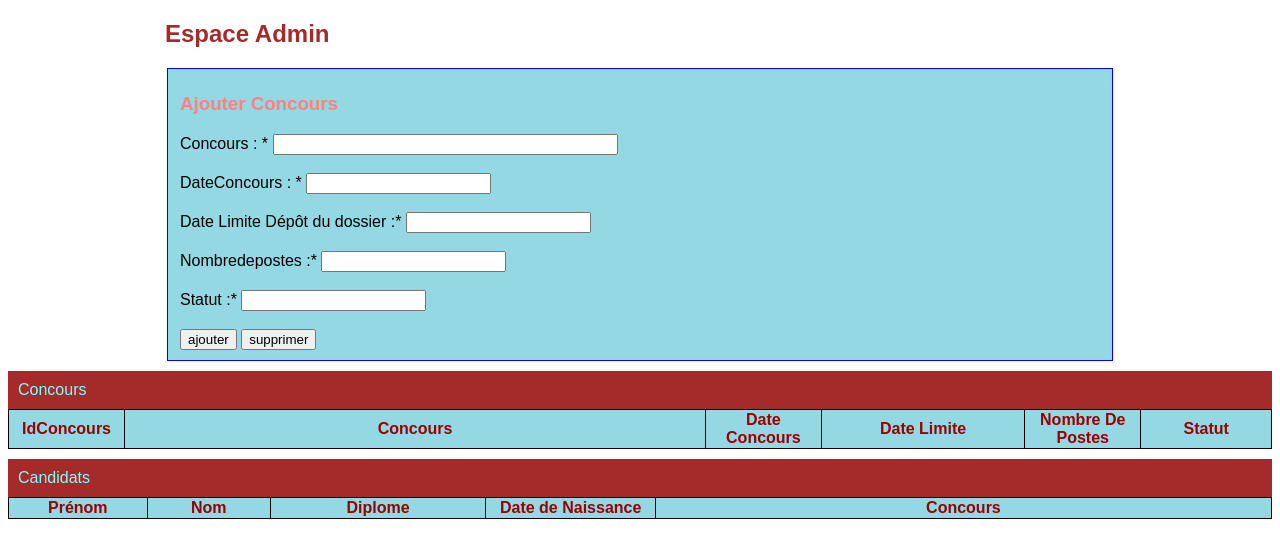
Repository: yahouari/Stage2019
Page: http://localhost/test/Gestion.jsp
The author's editor kept a copy of each file at every save. The page is drawn from the files as they stood at one save, then again after the next save.
The browser window is 1280 px wide. The pictures show the whole page.
The page is served by Tomcat 9. Queries for data that is not in the repository find no rows.

Above is the page before, as saved 2019-07-29 09:18:25.

After the next save:
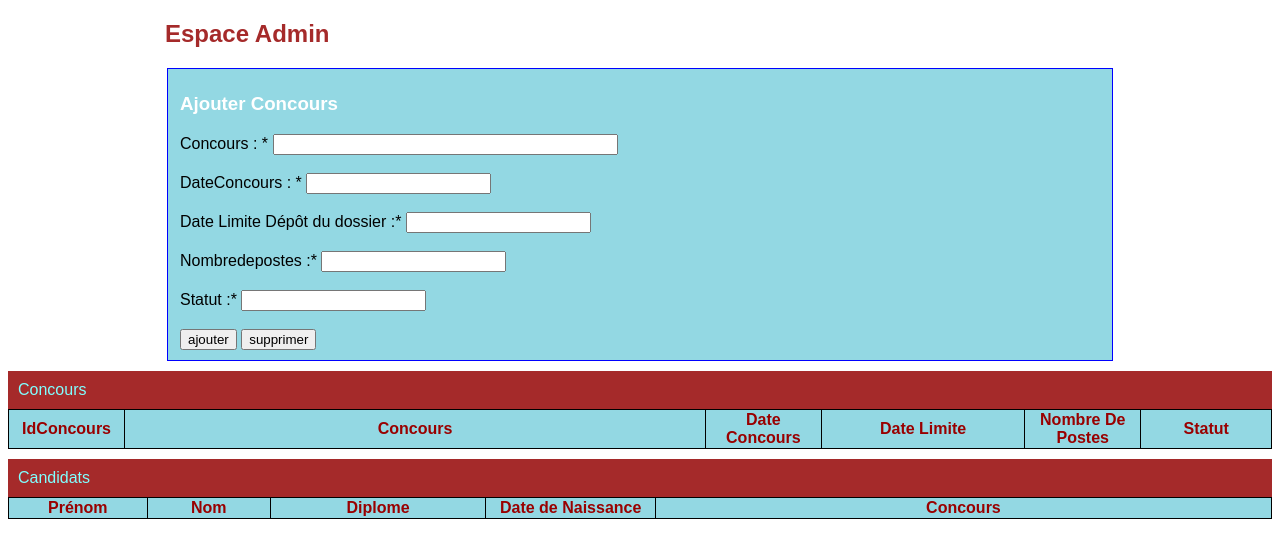
Saved 30 s later.
--- a/test/WebContent/inc/gest.css
+++ b/test/WebContent/inc/gest.css
@@ -45,5 +45,5 @@ td, th /* Mettre une bordure sur les td ET les th */
 }
 h3
 {
-	 color: #ff8080
+	 color: #ffffff
 }
